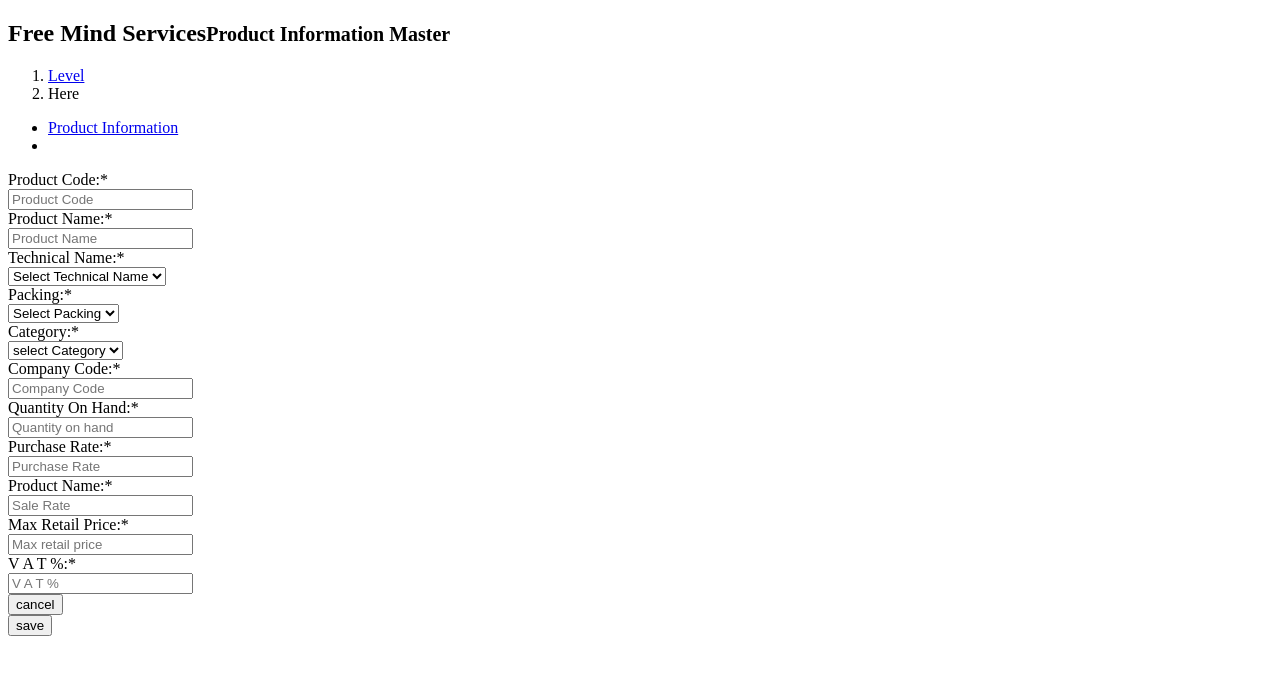
Repository: saiagro/saiagro
Page: http://localhost/AksharaWork/WEB-INF/views/productInformationMaster.jsp
These files come from the project's save history. The page is drawn as it stood at one moment and after the next save; the edit follows.
The browser window is 1280 px wide. The pictures show the whole page.
The page is served by Tomcat 9. Nobody is signed in. Other server files are loaded and not shown. The template is opened directly, without the code that normally fills it, so the values that code supplies are empty.

Above is the page before, as saved 2016-12-29 15:39:12.

### AksharaWork/WebContent/WEB-INF/views/productInformationMaster.jsp
<%@ page language="java" contentType="text/html; charset=ISO-8859-1"
    pageEncoding="ISO-8859-1"%>
<%@taglib uri="http://www.springframework.org/tags/form" prefix="form"%>
<%@ taglib uri="http://java.sun.com/jsp/jstl/core" prefix="c"%>
<!DOCTYPE html>
<html>
<head>
<meta http-equiv="Content-Type" content="text/html; charset=ISO-8859-1">
<title>Insert title here</title>
</head>
<body class="hold-transition skin-blue sidebar-mini">
  <div class="wrapper">
   <form:form class="form-horizontal" action="saveProductInformation.html" method="post" commandName="product">
      <div class="content-wrapper">
       <section class="content-header">
         <h1>
            Free Mind Services<small>Product Information Master</small>
         </h1>
         <ol class="breadcrumb">
           <li><a href="#"><i class="fa fa-dashboard"></i> Level</a></li>
           <li class="active">Here</li>
         </ol>
       </section>
       <section class="content">
          <!-- Custom Tabs -->
         <div class="nav-tabs-custom">
           <ul class="nav nav-tabs">
            <li class="active"><a href="#general_info" data-toggle="tab">Product Information</a></li>
            <li class="tabs"  style="display:none"  id="education_tab"><a href="#education" data-toggle="tab">Education</a></li>
            <li class="tabs"  style="display:none"  id="certification_tab"><a href="#certification" data-toggle="tab">Certifications</a></li>
            <li class="tabs"  style="display:none"  id="experience_tab"><a href="#experience" data-toggle="tab">Experience</a></li>
            <li class="tabs"  style="display:none" id="personal_tab" ><a href="#personel_details" data-toggle="tab">Personal Details</a></li>
            <li class="dropdown tabs"  style="display:none" id="family_tab" > <a class="dropdown-toggle" data-toggle="dropdown" href="#">Family Details<span class="caret"></span></a>
              <ul class="dropdown-menu">
                <li><a href="#father_info" data-toggle="tab">Father Info</a></li>
                <li><a href="#mother_info" data-toggle="tab">Mother Info</a></li>
                <li><a href="#partner_info" data-toggle="tab">Partner Info</a></li>
                <li><a href="#children_info" data-toggle="tab">Children Info</a></li>
                <li><a href="#siblings_info" data-toggle="tab">Siblings Info</a></li>
              </ul>
            </li>
            <li class="pull-right"><a href="#" class="text-muted"><i class="fa fa-gear"></i></a></li>
          </ul>
          <div class="tab-content">
            <div class="tab-pane active" id="general_info">
                <div class="box-body">
                  <div class="form-group">
                    <label class="col-sm-2 control-label">Product Code:<span class="required">*</span></label>
                    <div class="col-sm-3">
                      <form:input type="text" class="form-control" placeholder="Product Code" path="product_code"/>
                    </div>
                    <label class="col-sm-2 control-label">Product Name:<span class="required">*</span></label>
                    <div class="col-sm-3">
                      <form:input type="text" class="form-control" placeholder="Product Name" path="product_name"/>
                    </div>
                  </div>
                  <div class="form-group">
                    <label class="col-sm-2 control-label">Technical Name:<span class="required">*</span></label>
                    <div class="col-sm-8">
                       <form:select class="form-control" path="technical_id">
                         <form:option value="" label="Select Technical Name"/>
                         <form:options items="${technicalList}" />
                       </form:select>
                    </div>
                  </div>
                  <div class="form-group">
                    <label class="col-sm-2 control-label">Packing:<span class="required">*</span></label>
                    <div class="col-sm-3">
                       <form:select class="form-control" path="packing_id">
                         <form:option value="" label="Select Packing"/>
                         <form:options items="${packingList}" />
                       </form:select>
                    </div>
                    <label class="col-sm-2 control-label">Category:<span class="required">*</span></label>
                    <div class="col-sm-3">
                       <form:select class="form-control" path="catagory_id">
                         <form:option value="" label="select Category"/>
                         <form:options items="${catagoryList}" />
                       </form:select>
                    </div>
                  </div>
                  <div class="form-group">
                    <label class="col-sm-2 control-label">Company Code:<span class="required">*</span></label>
                    <div class="col-sm-3">
                      <form:input type="text" class="form-control" placeholder="Company Code" path="company_code"/>
                    </div>
                    <label class="col-sm-2 control-label">Quantity On Hand:<span class="required">*</span></label>
                    <div class="col-sm-3">
                      <form:input type="text" path="quantity_on_hand" class="form-control" placeholder="Quantity on hand"/>
                    </div>
                  </div>
                  <div class="form-group">
                    <label class="col-sm-2 control-label">Purchase Rate:<span class="required">*</span></label>
                    <div class="col-sm-3">
                      <form:input type="text" class="form-control" placeholder="Purchase Rate" path="purchase_rate"/>
                    </div>
                    <label class="col-sm-2 control-label">Product Name:<span class="required">*</span></label>
                    <div class="col-sm-3">
                      <form:input type="text" class="form-control" placeholder="Sale Rate" path="sale_rate"/>
                    </div>
                  </div>
                  <div class="form-group">
                    <label class="col-sm-2 control-label">Max Retail Price:<span class="required">*</span></label>
                    <div class="col-sm-3">
                      <form:input path="mrp" type="text" class="form-control" placeholder="Max retail price" />
                    </div>
                    <label class="col-sm-2 control-label">V A T %:<span class="required">*</span></label>
                    <div class="col-sm-3">
                      <form:input type="text" path="vat" class="form-control" placeholder="V A T %"/>
                    </div>
                  </div>
                  <div class="form-group">
                    <div class="col-sm-5">
                      <input type="reset" class="btn btn-danger pull-right" value="cancel">
                    </div>
                    <div class="col-sm-3">
                      <input type="submit" class="btn btn-success" value="save">
                    </div>
                  </div>
                </div>
                </div>
                </div>
             </div>
      </section>
    </div>
   </form:form>
 </div>
</body>
</html>

After the next save:
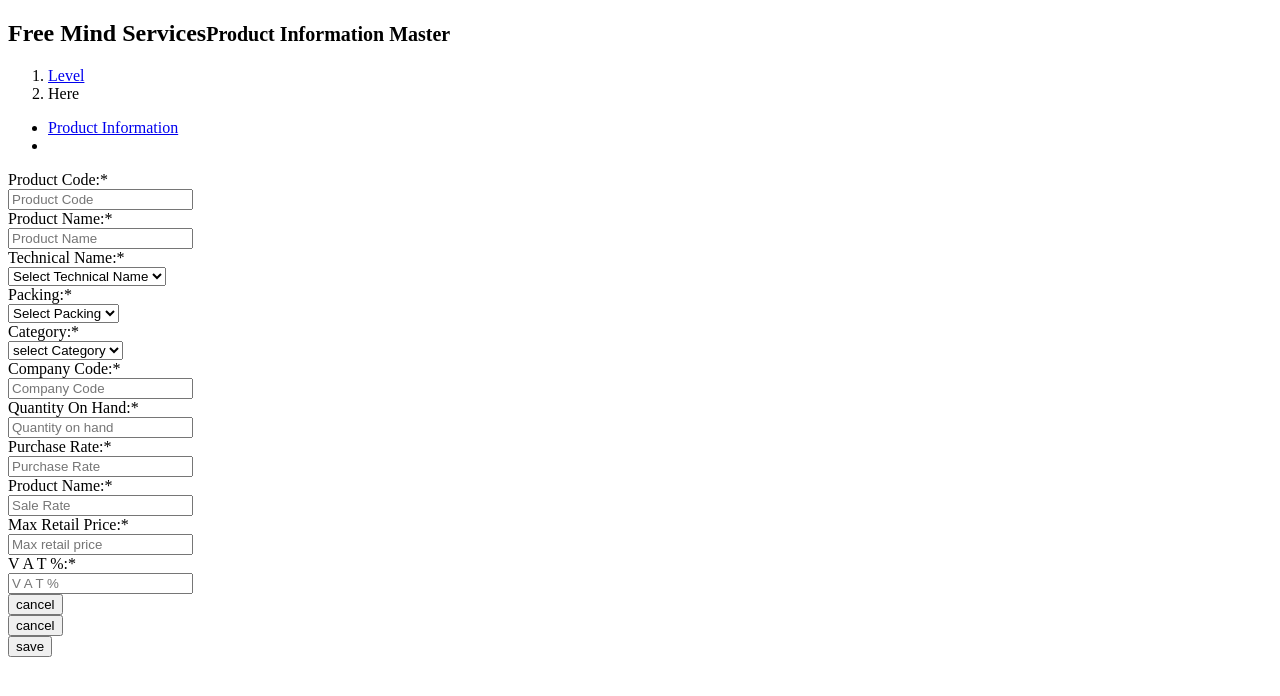
Saved 61 min 43 s later.
--- a/AksharaWork/WebContent/WEB-INF/views/productInformationMaster.jsp
+++ b/AksharaWork/WebContent/WEB-INF/views/productInformationMaster.jsp
@@ -110,6 +110,9 @@
                     </div>
                   </div>
                   <div class="form-group">
+                    <div class="col-sm-3">
+                      <input type="reset" class="btn btn-danger pull-right" value="cancel">
+                    </div>
                     <div class="col-sm-5">
                       <input type="reset" class="btn btn-danger pull-right" value="cancel">
                     </div>
